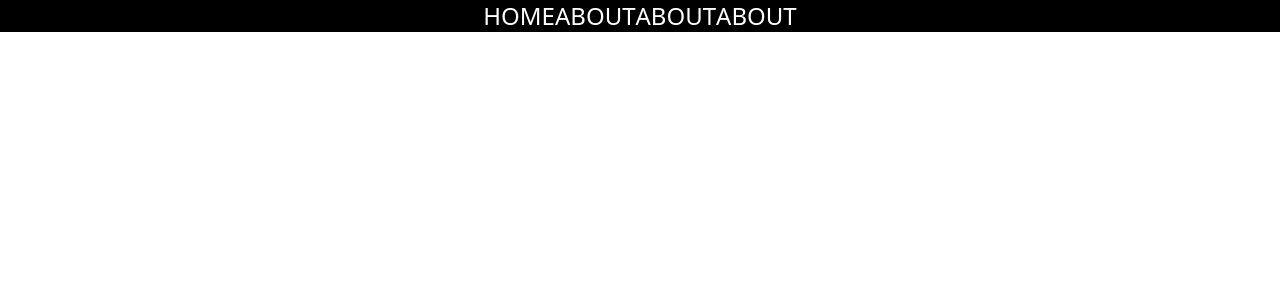
Repository: OmniaRafat232111121/ecommerceredux
Page: / (app in eco/)
The author's editor kept a copy of each file at every save. The page is drawn from the files as they stood at one save, then again after a run of saves.
The browser window is 1280 px wide. The pictures show the whole page.
The project was rebuilt for these pictures with package versions that can differ from the ones it lists, and the page was loaded fresh each time.

Above is the page before, as saved 2022-11-01 18:32:33.

After the next 5 saves:
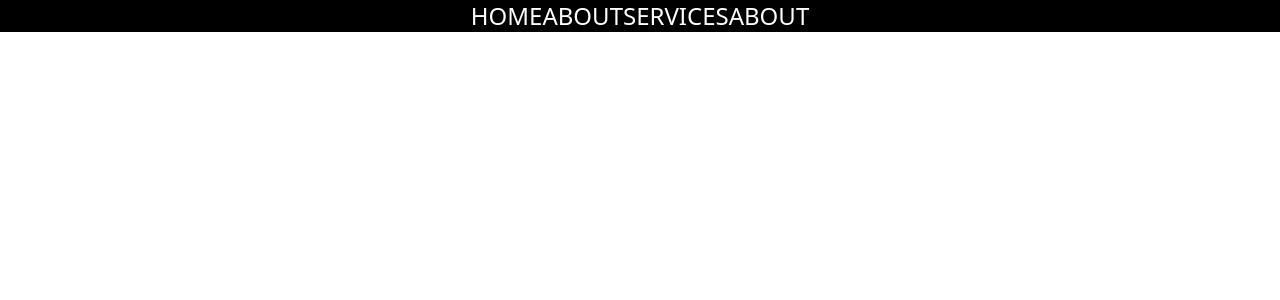
The 5 saves are shown as one change because they came seconds apart.
The last was saved 19 s later.
--- a/eco/src/components/Header.js
+++ b/eco/src/components/Header.js
@@ -9,7 +9,7 @@ const Header = () => {
     <ul className='flex  justify-center items-center px-[20px]'>
       <li><a className='text-2xl font-primary uppercase' href="/">Home</a></li>
       <li><a className='text-2xl font-primary uppercase' href="/">About</a></li>
-      <li><a className='text-2xl font-primary uppercase' href="/">About</a></li>
+      <li><a className='text-2xl font-primary uppercase' href="/">Services</a></li>
       <li><a className='text-2xl font-primary uppercase' href="/">About</a></li>
 
 
